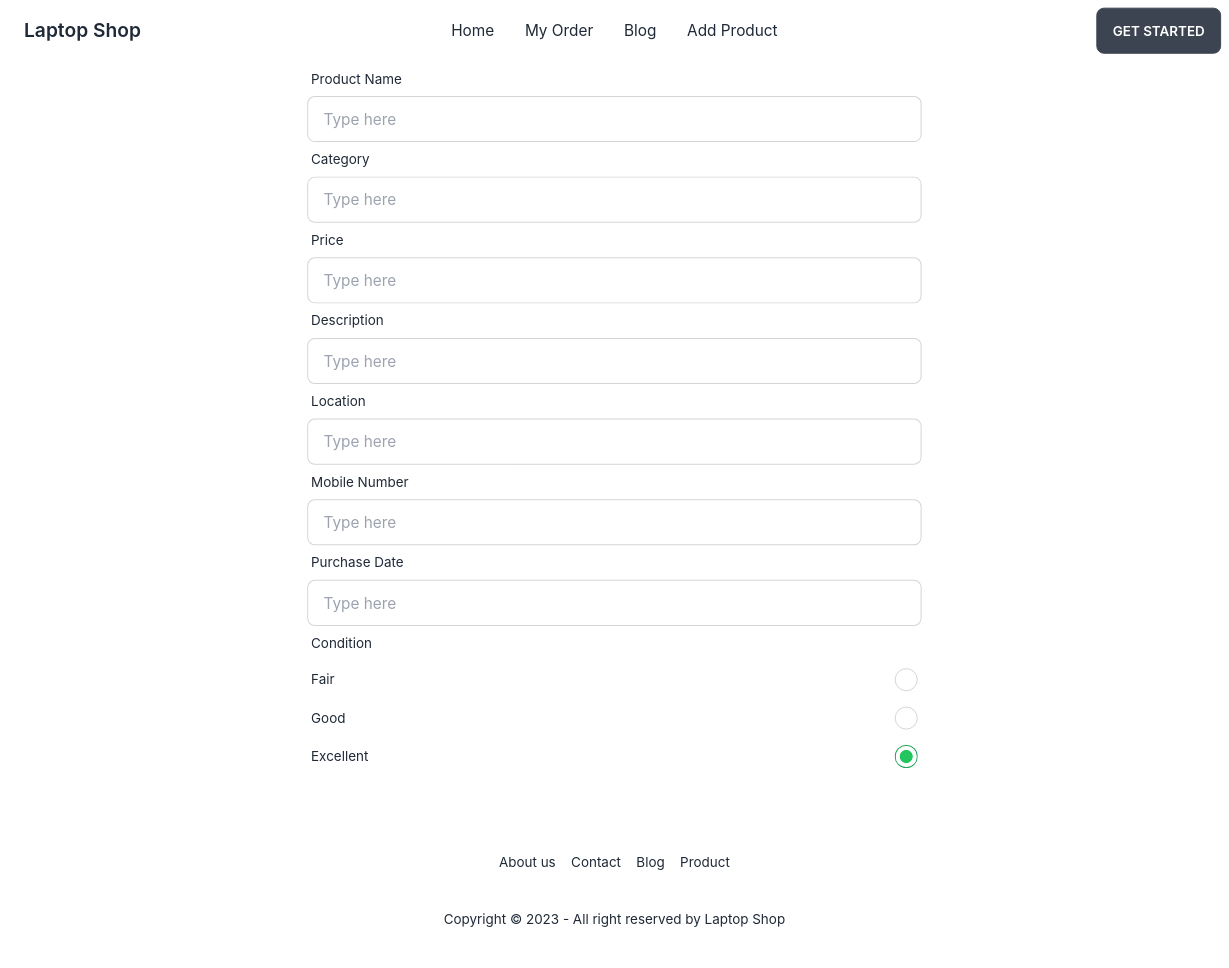
Repository: mdsajib50/E-commerce
Page: /add-product
The author's editor kept a copy of each file at every save. The page is drawn from the files as they stood at one save, then again after the next save.
The browser window is 1280 px wide. The pictures show the whole page, at 96% of full size.
The project was rebuilt for these pictures with package versions that can differ from the ones it lists, and the page was loaded fresh each time. Also part of the build but not shown: src/Pages/Home/Banner/Banner.js, src/Pages/Home/Product/ProductCard.js, src/Pages/Home/Product/Product.js, src/Pages/Home/Home/Home.js.

Above is the page before, as saved 2023-01-11 23:16:48.

### src/App.js
import logo from './logo.svg';
import './App.css';
import { RouterProvider } from 'react-router';
import router from './Routes/Router';

function App() {
  return (
    <div className="App">
        <RouterProvider router={router}></RouterProvider>
    </div>
  );
}

export default App;

### src/Routes/Router.js
import React from 'react';
import { createBrowserRouter } from 'react-router-dom';
import Main from '../Layout/Main/Main';
import AddProduct from '../Pages/AddProduct/AddProduct';
import Home from '../Pages/Home/Home/Home';

const router = createBrowserRouter([
    {
        path: '/',
        element: <Main></Main>,
        children:[
            {
                path:'/',
                element:<Home></Home>
            },
            {
                path:'/home',
                element:<Home></Home>
            },
            {
                path: '/add-product',
                element: <AddProduct></AddProduct>
            }
        ]
    }
])

export default router;

### src/Layout/Main/Main.js
import React from 'react';
import { Outlet } from 'react-router';
import Footer from '../../Pages/Shared/Footer/Footer';
import Header from '../../Pages/Shared/Header/Header';

const Main = () => {
    return (
        <div>
            <Header></Header>
            <Outlet></Outlet>
            <Footer></Footer>
        </div>
    );
};

export default Main;

### src/Pages/AddProduct/AddProduct.js
import React from 'react';

const AddProduct = () => {
    return (
        <div className=''>
           <div className=' text-center w-1/2 mx-auto bg'>
                <form>
                    <div className="form-control">
                        <label className="label">
                            <span className="label-text">Product Name</span>
                        </label>
                        <input type="text" name='product_name' placeholder="Type here" className="input input-bordered" />
                    </div>
                    <div className="form-control">
                        <label className="label">
                            <span className="label-text">Category</span>
                        </label>
                        <input type="text" name='category' placeholder="Type here" className="input input-bordered" />
                    </div>
                    <div className="form-control">
                        <label className="label">
                            <span className="label-text">Price</span>
                        </label>
                        <input type="text" name='price' placeholder="Type here" className="input input-bordered" />
                    </div>
                    <div className="form-control">
                        <label className="label">
                            <span className="label-text">Description</span>
                        </label>
                        <input type="text" name='description' placeholder="Type here" className="input input-bordered" />
                    </div>
                    <div className="form-control">
                        <label className="label">
                            <span className="label-text">Location</span>
                        </label>
                        <input type="text" name='location' placeholder="Type here" className="input input-bordered" />
                    </div>
                    <div className="form-control">
                        <label className="label">
                            <span className="label-text">Mobile Number</span>
                        </label>
                        <input type="text" name='mobile' placeholder="Type here" className="input input-bordered" />
                    </div>
                    <div className="form-control">
                        <label className="label">
                            <span className="label-text">Purchase Date </span>
                        </label>
                        <input type="text" name='date' placeholder="Type here" className="input input-bordered" />
                    </div>
                    <div className="form-control rounded-xl">
                    <label className="label">
                            <span className="label-text">Condition </span>
                        </label>
                        <div className="form-control">
                            <label className="label cursor-pointer">
                                <span className="label-text">Fair</span>
                                <input type="radio" value='fair' name="condition" className="radio checked:bg-red-500" checked />
                            </label>
                            </div>
                            <div className="form-control">
                            <label className="label cursor-pointer">
                                <span className="label-text">Good</span>
                                <input type="radio" value='good' name="condition" className="radio checked:bg-blue-500" checked />
                            </label>
                        </div>
                            <div className="form-control">
                            <label className="label cursor-pointer">
                                <span className="label-text">Excellent</span>
                                <input type="radio" value='excellent' name="condition" className="radio checked:bg-green-500" checked />
                            </label>
                        </div>
                    </div>
                    </form>
           </div>
        </div>
    );
};

export default AddProduct;

### src/Pages/Shared/Footer/Footer.js
import React from 'react';

const Footer = () => {
    return (
        <footer className="footer footer-center p-10 text-base-content rounded mt-10">
            <div className="grid grid-flow-col gap-4">
                <a className="link link-hover">About us</a>
                <a className="link link-hover">Contact</a>
                <a className="link link-hover">Blog</a>
                <a className="link link-hover">Product</a>
            </div>
            <div>
                <p>Copyright © 2023 - All right reserved by Laptop Shop</p>
            </div>
</footer>
    );
};

export default Footer;

### src/Pages/Shared/Header/Header.js
import React from 'react';
import { Link } from 'react-router-dom';

const Header = () => {
    return (
        <div className="navbar bg-base-100">
        <div className="navbar-start">
            <div className="dropdown">
            <label tabIndex={0} className="btn btn-ghost lg:hidden">
                <svg xmlns="http://www.w3.org/2000/svg" className="h-5 w-5" fill="none" viewBox="0 0 24 24" stroke="currentColor"><path strokeLinecap="round" strokeLinejoin="round" strokeWidth="2" d="M4 6h16M4 12h8m-8 6h16" /></svg>
            </label>
            <ul tabIndex={0} className="menu menu-compact dropdown-content mt-3 p-2 shadow bg-base-100 rounded-box w-52">
                <li><Link to='/home'>Home</Link></li>
                <li><Link to='/myorder'>My Order</Link></li>
                <li><Link to='/blog'>Blog</Link></li>
                <li><Link to='/add-product'>Add A Product</Link></li>
            </ul>
            </div>
            <a className="btn btn-ghost normal-case text-xl">Laptop Shop</a>
        </div>
        <div className="navbar-center hidden lg:flex">
            <ul className="menu menu-horizontal px-1">
                <li><Link to='/home'>Home</Link></li>
                <li><Link to='/myorder'>My Order</Link></li>
                <li><Link to='/blog'>Blog</Link></li>
                <li><Link to='/add-product'>Add Product</Link></li>
            </ul>
        </div>
        <div className="navbar-end">
            <a className="btn">Get started</a>
        </div>
</div>
    );
};

export default Header;

Loaded but not shown: src/index.js (common file); src/index.css (common file); src/reportWebVitals.js (common file); src/App.css (common file); tailwind.config.js (common file)

After the next save:
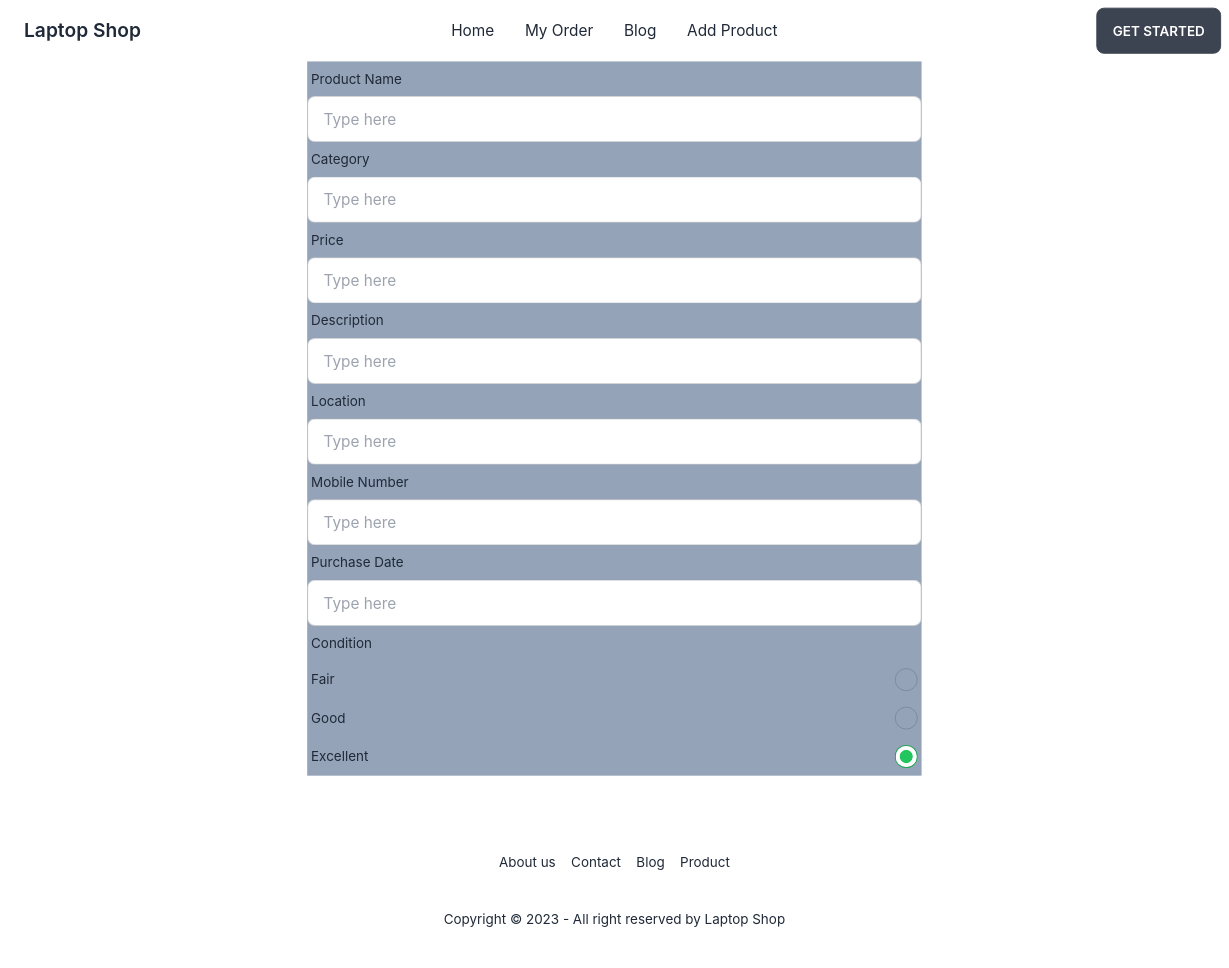
Saved 5 s later.
--- a/src/Pages/AddProduct/AddProduct.js
+++ b/src/Pages/AddProduct/AddProduct.js
@@ -3,7 +3,7 @@ import React from 'react';
 const AddProduct = () => {
     return (
         <div className=''>
-           <div className=' text-center w-1/2 mx-auto bg'>
+           <div className=' text-center w-1/2 mx-auto bg-slate-400'>
                 <form>
                     <div className="form-control">
                         <label className="label">
